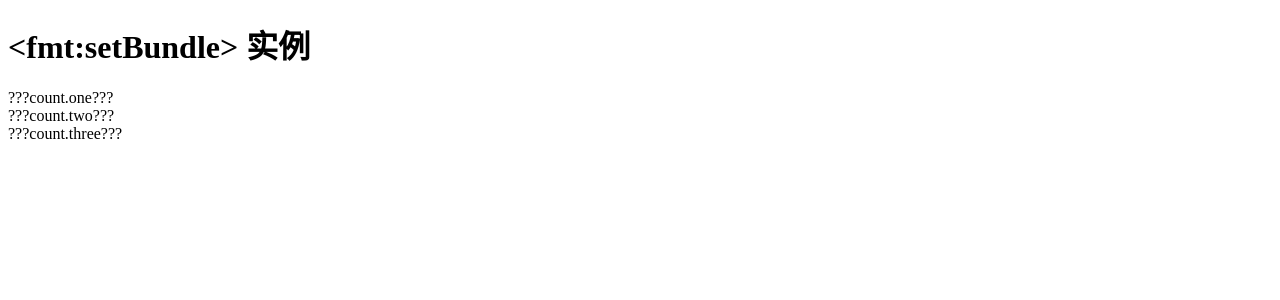
Repository: eterinfi/java
Page: http://localhost/JSPDemo/JSTLDemo/fmt/fmt_setBundle.jsp
An editor plug-in stored every save of this project. The page is shown before and after the next save, followed by the edit.
The browser window is 1280 px wide. The pictures show the whole page.
The page is served by Tomcat 9. Other server files are loaded and not shown.

Above is the page before, as saved 2016-11-15 14:21:10.

### jee/JSPDemo/WebContent/JSTLDemo/fmt/fmt_setBundle.jsp
<%@ page language="java" contentType="text/html; charset=UTF-8"
    pageEncoding="UTF-8"%>
<%@ taglib prefix="fmt" uri="http://java.sun.com/jsp/jstl/fmt" %>
<!DOCTYPE html PUBLIC "-//W3C//DTD HTML 4.01 Transitional//EN" "http://www.w3.org/TR/html4/loose.dtd">
<html>
<head>
  <meta http-equiv="Content-Type" content="text/html; charset=UTF-8">
  <title>JSTL fmt:setBundle 标签实例</title>
</head>
<body>
  <h1>&lt;fmt:setBundle&gt; 实例</h1>
  <fmt:setLocale value="en" />
  <fmt:setBundle basename="JSTLDemo.fmt.Example" var="lang" />
  <fmt:message key="count.one" /><br />
  <fmt:message key="count.two" /><br />
  <fmt:message key="count.three" /><br />
</body>
</html>

### jee/JSPDemo/src/jstl/demo/fmt/Example.java
package JSTLDemo.fmt;

import java.util.ListResourceBundle;

public class Example extends ListResourceBundle {
	@Override
	public Object[][] getContents() {
		return contents;
	}
    static final Object[][] contents = {
    		{"count.one", "One"},
    		{"count.two", "Two"},
    		{"count.three", "Three"},
    };
}

After the next save:
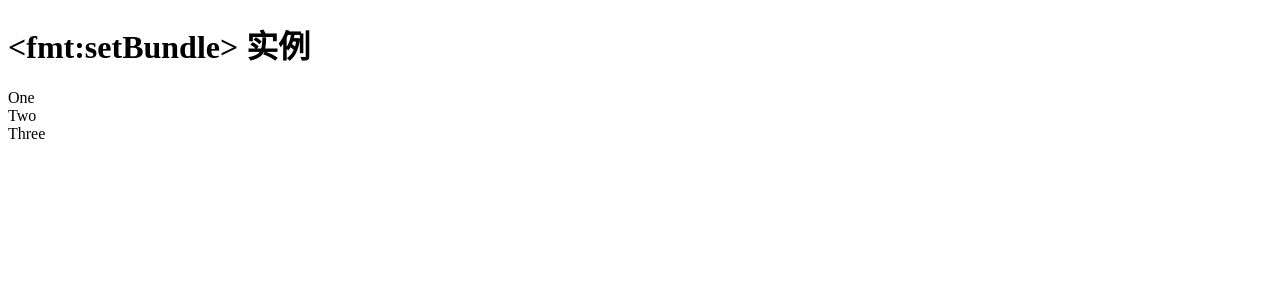
Saved 34 s later.
--- a/jee/JSPDemo/WebContent/JSTLDemo/fmt/fmt_setBundle.jsp
+++ b/jee/JSPDemo/WebContent/JSTLDemo/fmt/fmt_setBundle.jsp
@@ -11,8 +11,8 @@
   <h1>&lt;fmt:setBundle&gt; 实例</h1>
   <fmt:setLocale value="en" />
   <fmt:setBundle basename="JSTLDemo.fmt.Example" var="lang" />
-  <fmt:message key="count.one" /><br />
-  <fmt:message key="count.two" /><br />
-  <fmt:message key="count.three" /><br />
+  <fmt:message key="count.one" bundle="${lang}" /><br />
+  <fmt:message key="count.two" bundle="${lang}" /><br />
+  <fmt:message key="count.three" bundle="${lang}" /><br />
 </body>
 </html>
